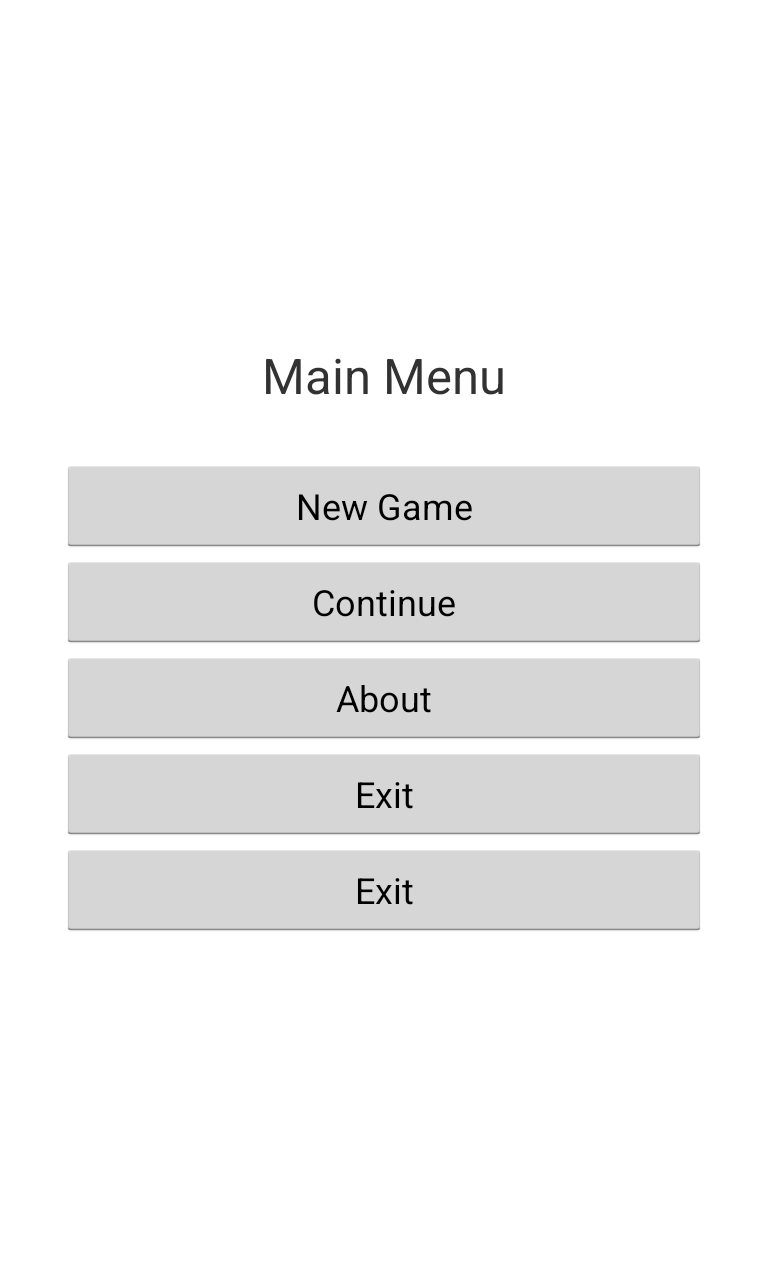
Repository: rickydalziel/project
Layout: Numbersorter/res/layout/activity_main.xml
An editor plug-in stored every save of this project. The layout is shown before and after the next save, followed by the edit.
It is drawn on a 768 x 1280 px phone screen (xhdpi) without system bars, with theme AppTheme; the app's code is not run.

Above is the layout before, as saved 2013-03-14 14:16:19.

After the next save:
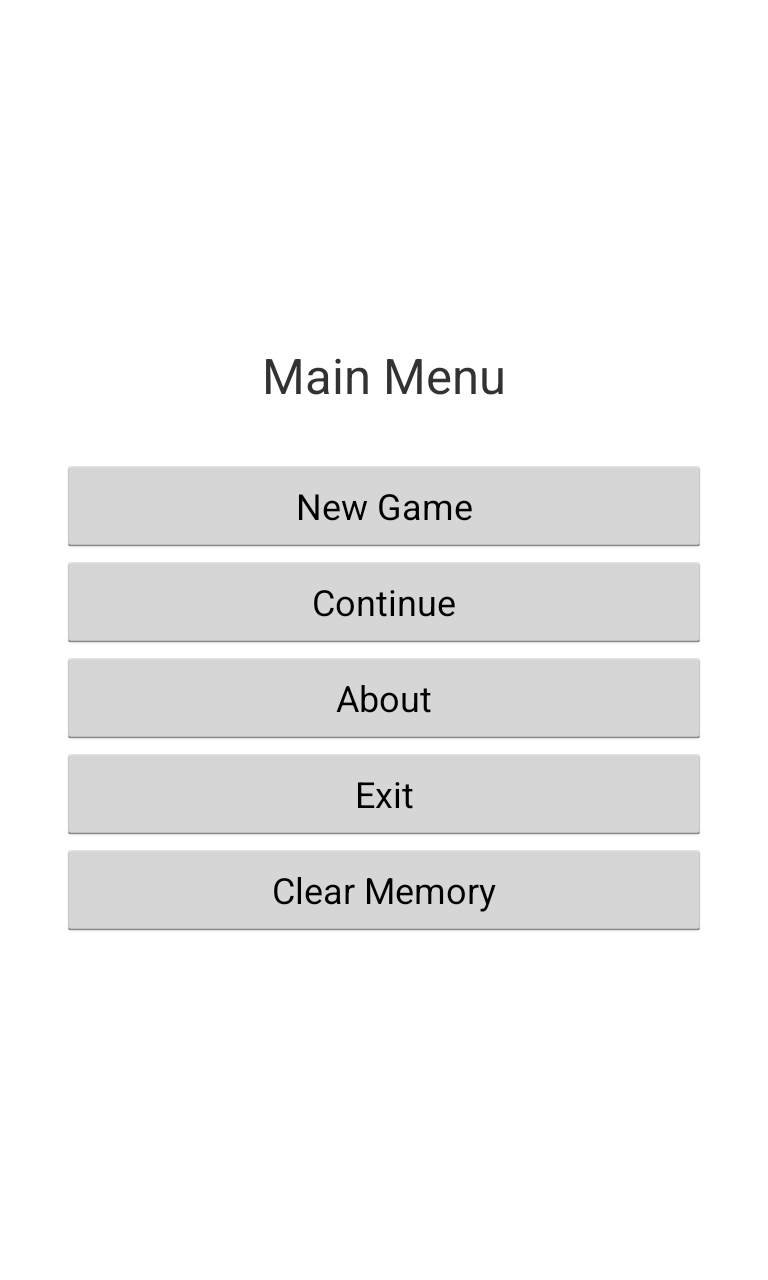
Saved 2 min 14 s later.
--- a/Numbersorter/res/layout/activity_main.xml
+++ b/Numbersorter/res/layout/activity_main.xml
@@ -50,12 +50,12 @@
 	        android:onClick="exitPressed" />
 
 	    <Button
-	        android:id="@+id/exit_game"
+	        android:id="@+id/delete_memory"
 	        android:layout_width="fill_parent"
 	        android:layout_height="wrap_content"
-	        android:text="@string/exit_game"
+	        android:text="@string/clear_memory"
 	        android:layout_gravity="bottom"
-	        android:onClick="exitPressed" />
+	        android:onClick="clearMemory" />
 
    </LinearLayout>
 
--- a/Numbersorter/res/values/strings.xml
+++ b/Numbersorter/res/values/strings.xml
@@ -54,4 +54,6 @@
     <string name="name">Name</string>
     <string name="moves">Moves</string>
 
+    <string name="clear_memory">Clear Memory</string>
+
 </resources>
